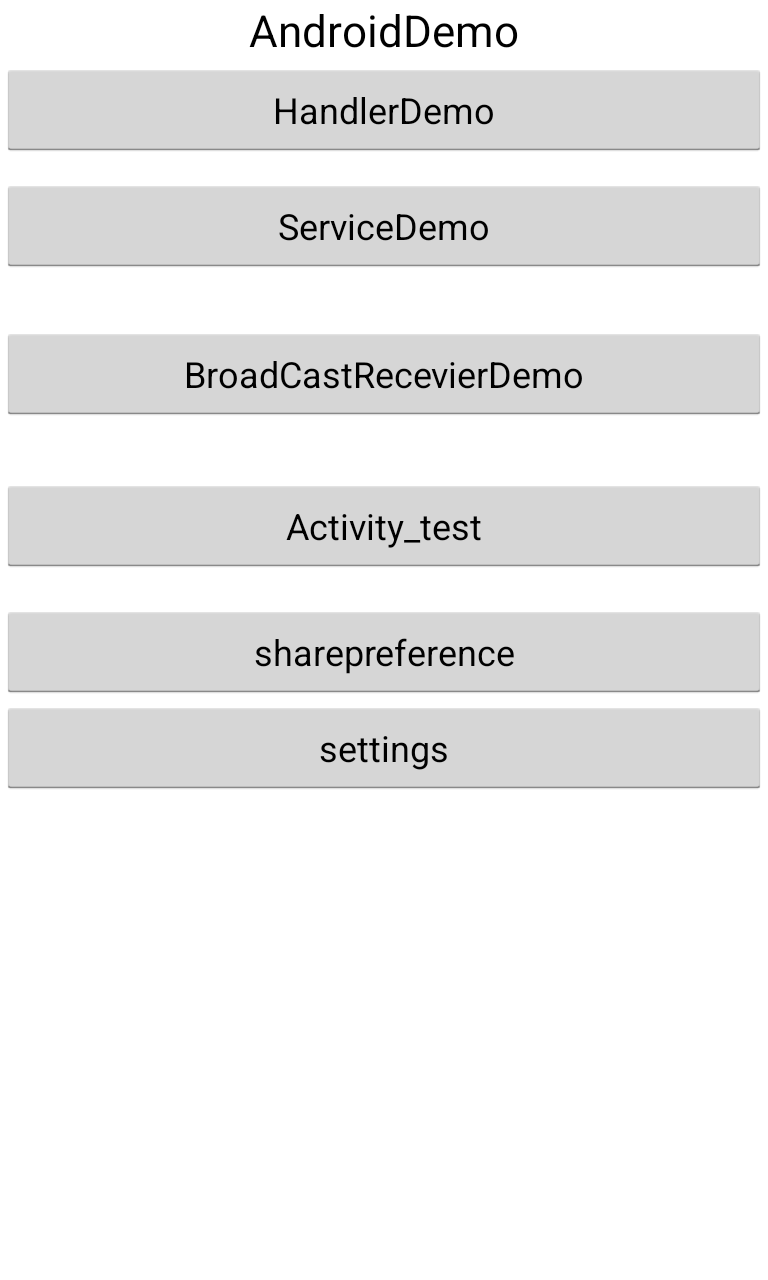
Repository: fengzixu/AndroidLearing
Layout: MyTestPrograme/AndroidDemo/res/layout/activity_main.xml
An editor plug-in stored every save of this project. The layout is shown before and after the next save, followed by the edit.
It is drawn on a 768 x 1280 px phone screen (xhdpi) without system bars, with theme AppTheme; the app's code is not run.

Above is the layout before, as saved 2015-05-06 14:30:44.

After the next save:
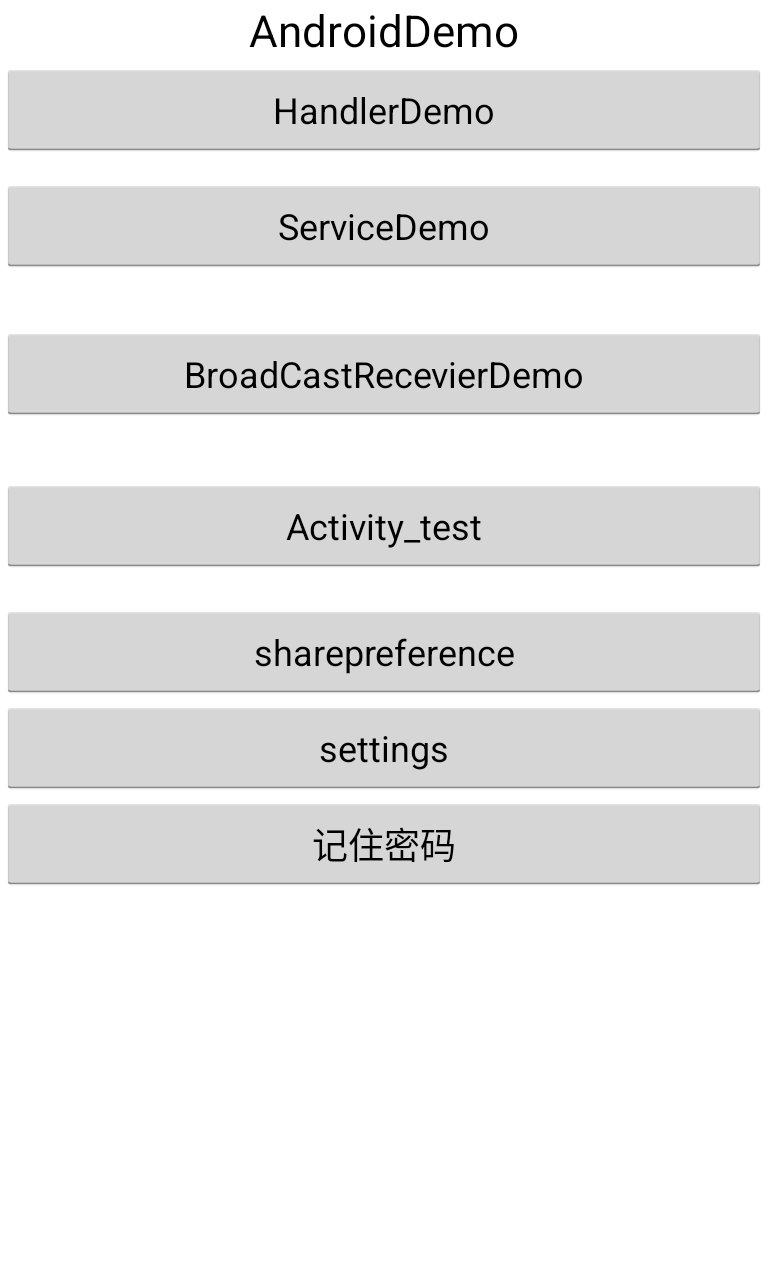
Saved 67 s later.
--- a/MyTestPrograme/AndroidDemo/res/layout/activity_main.xml
+++ b/MyTestPrograme/AndroidDemo/res/layout/activity_main.xml
@@ -73,6 +73,14 @@
             android:layout_centerHorizontal="true"
             android:onClick="settings"
             android:text="settings" />
+                <Button
+            android:id="@+id/savepasswd_button1"
+            android:layout_width="match_parent"
+            android:layout_height="wrap_content"
+            android:layout_below="@id/settings_button1"
+            android:layout_centerHorizontal="true"
+            android:onClick="savepasswd"
+            android:text="记住密码" />
     </RelativeLayout>
 
 </ScrollView>
